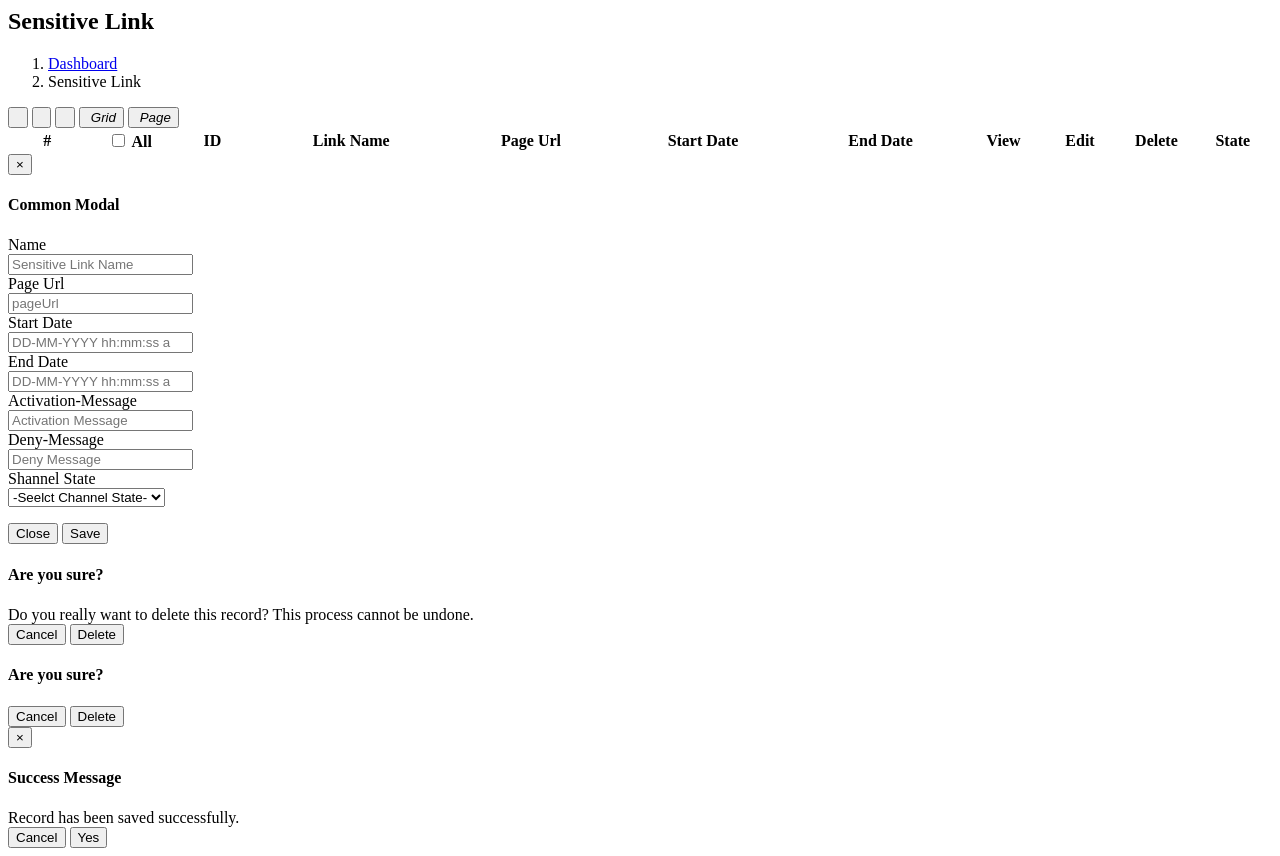
Repository: sanjeev167/IndiaOnLineVoting_3112020
Page: http://localhost/IndiaOnLineVoting/WEB-INF/jsp/adm/sensitiveLink.jsp
The author's editor kept a copy of each file at every save. The page is drawn from the files as they stood at one save, then again after the next save.
The browser window is 1280 px wide. The pictures show the whole page.
The page is served by Tomcat 9. Nobody is signed in. The template is opened directly, without the code that normally fills it, so the values that code supplies are empty.

Above is the page before, as saved 2020-11-09 04:20:18.
Console error: TypeError: $(...).DataTable is not a function

After the next save:
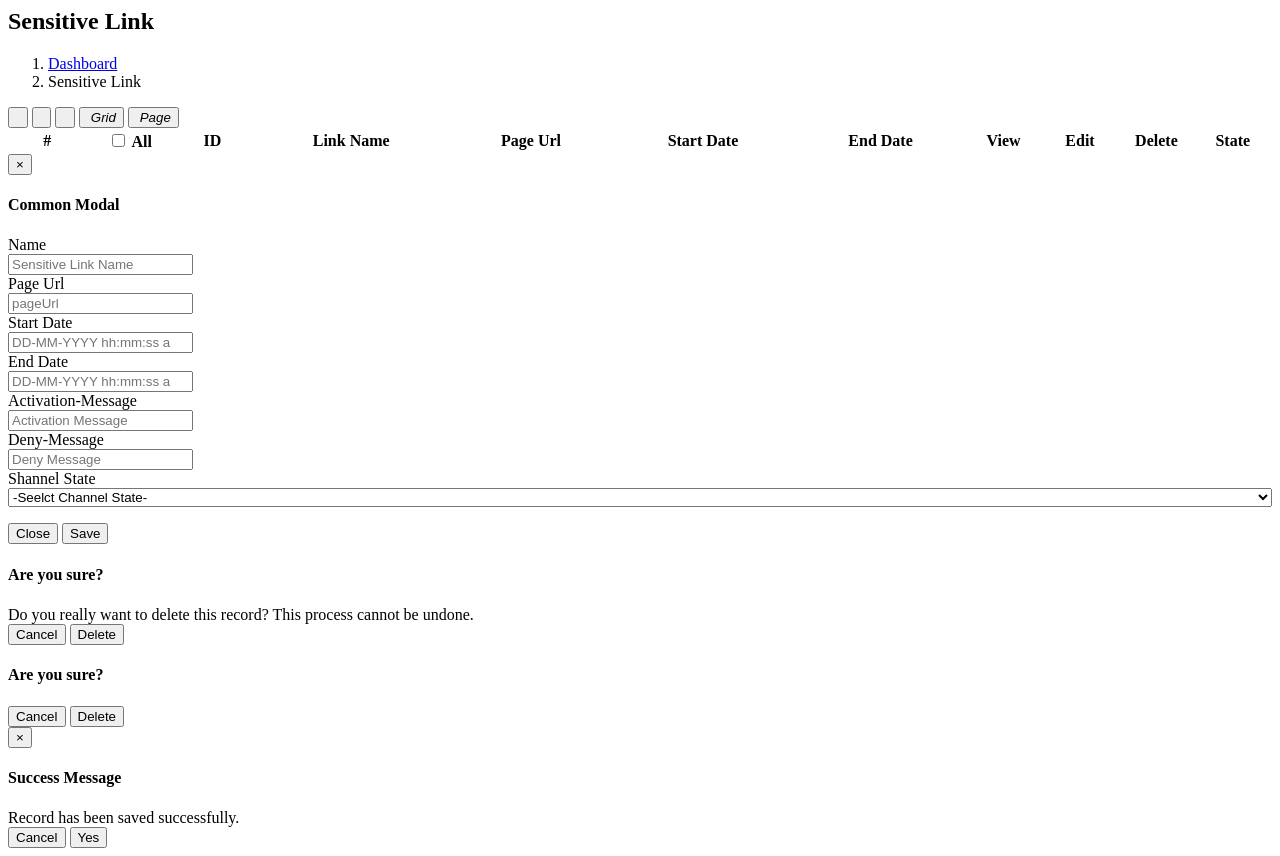
Saved 14 min 12 s later.
--- a/IndiaOnLineVoting/src/main/webapp/WEB-INF/jsp/adm/sensitiveLink.jsp
+++ b/IndiaOnLineVoting/src/main/webapp/WEB-INF/jsp/adm/sensitiveLink.jsp
@@ -155,7 +155,7 @@
 							<label for="channelState" class="col-sm-5 control-label">
 								Shannel State</label>
 							<div class="col-sm-7">
-							    <select name="channelStateS" id="channelStateSId">
+							    <select name="channelStateS" id="channelStateSId" class="form-control select2" style="width: 100%;">
 							         <option value="">-Seelct Channel State-</option>
 							         <option value="1">Active</option>
 							         <option value="0">Deactivate</option>
